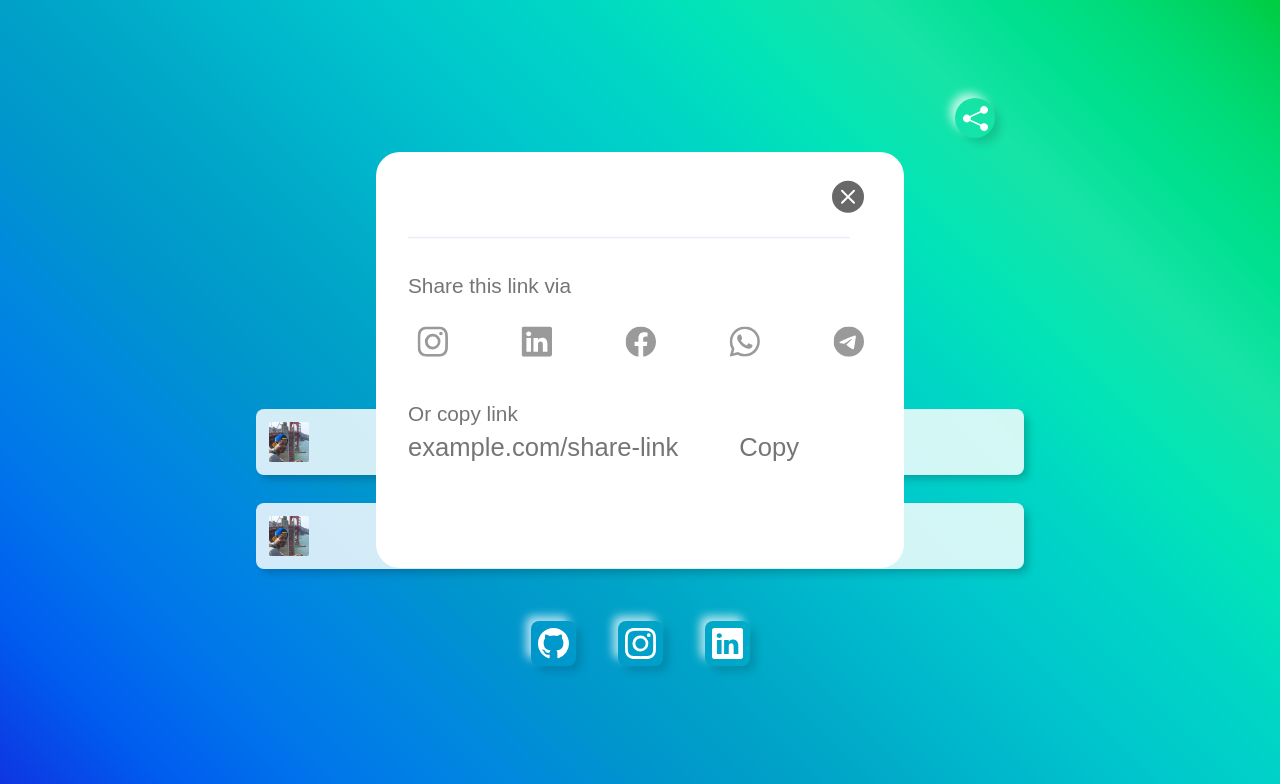
Repository: MateLaDBrouille97/linktree
Page: /
An editor plug-in stored every save of this project. The page is shown before and after the next save, followed by the edit.
The browser window is 1280 px wide. The pictures show the whole page.
The project was rebuilt for these pictures with package versions that can differ from the ones it lists, and the page was loaded fresh each time. The framework's server and built-in components were replaced by stand-ins that run in the browser. Also part of the build but not shown: next.config.js, styles/Home.module.css, styles/scrollup.css.

Above is the page before, as saved 2023-01-24 02:04:39.

### app/layout.tsx
"use client";

import '@/styles/globals.css'
import '../styles/Home.module.css';
import '../styles/scrollup.css';
import '../styles/home.css';
import '../styles/socials.css';
import '../styles/share.css';
import ScrollDow from '../components/ScrollDow';
import ScrollUp from '../components/scrollup/ScrollUp'

export default function RootLayout({
    children,
  }: {
    children: React.ReactNode;
  }) {
    return (
      <html lang="en">
        <body>{children}</body>
        {/* <ScrollDow/> */}
        {/* <ScrollUp/> */}
      </html>
    );
  }

### app/page.tsx
"use client";

import Image from "next/image";
import data from "data.json";
import image from "../public/ManuelTL2.jpg";
import image1 from "../public/ManuelTL2.jpg";
import { useEffect, useState } from "react";
import Socials from "../components/Socials";
import Share from "@/components/Share";

function LinkCard({
  href,
  title,
  image,
}: {
  href: string;
  title: string;
  image?: string;
}) {
  return (
    <a
      href={href}
      className="flex items-center p-3 w-full rounded-lg hover:scale-105 transition-all bg-gray-100 mb-3 -mt-2 max-w-3xl home__linkcard-box"
    >
      <div className="flex text-center w-full home__linkcard-card">
        <div className="w-10 h-10 home__linkcard-img">
          {image1 && (
            <Image
              className="rounded-sm"
              alt={data.name}
              src={image1}
              width={40}
              height={40}
            />
          )}
        </div>
        <h2 className="flex justify-center items-center font-semibold w-full text-gray-700 -ml-10 home__linkcard-title">
          {title}
        </h2>
      </div>
    </a>
  );
}

export default function Home() {
  /*==================== Toggle Menu ====================== */
  const [toggle, showMenu] = useState(false);
  const [activeNav, setActiveNav] = useState("#home");

  /* +++++++++++++++++++++++++++++++++++++++++++++++++ */
  // const { dbUser, image } = useUserContext();

  // const breakpoints = (width) => {
  //   if (width < 640) {
  //     return "xs";
  //   } else if (width >= 640 && width < 768) {
  //     return "sm";
  //   } else if (width >= 768 && width < 1024) {
  //     return "md";
  //   } else if (width >= 1024) {
  //     return "lg";
  //   }
  // };

  // const [breakpoint, setBreakpoint] = useState(() =>
  //   breakpoints(typeof window !== "undefined" && window.innerWidth)
  // );

  useEffect(() => {
    if (toggle) {
      // const calcInnerWidth = function () {
      //   setBreakpoint(breakpoints(window.innerWidth));
      // };
      // window.addEventListener("resize", calcInnerWidth);
      window.addEventListener("scroll", function () {
        const header = this.document.querySelector(".header");
        //scroll higher than 200 viewport height
        //add scroll header class to a tag with the scroll-top
        if (this.scrollY >= 80) header?.classList.add("scroll-header");
        else header?.classList.remove("scroll-header");
      });
    }
  }, []);

  useEffect(() => {
    showMenu(true);
  }, []);

  return (
    <div className="flex items-center flex-col mx-auto w-full justify-center mt-16 px-8 ">
      <Share/>
      <a
        href="#home"
        onClick={() => setActiveNav("#home")}
        // className={
        //   activeNav === "#home" ? "nav__logo active-link" : "nav__logo"
        // }
      >
        <Image
          className="rounded-full"
          alt={data.name}
          src={image}
          width={96}
          height={96}
        />
      </a>

      <h1 className="font-semibold mt-4 mb-8 text-xl" style={{color:"white"}}>{data.name}</h1>
      <h3 className="home__description" style={{color:"white"}}>{data.small_description}</h3>

      <div className="grid place-items-center w-full mt-2">
        {data.links.map((link) => (
          <LinkCard key={link.href} {...link} />
        ))}
      </div>

      <div className="gap-3 items-center flex mt-10">
        {data?.socials?.map((social) => {
         return(

          <Socials title={social?.title} key={social?.href} />
          )
        })}
      </div>
    </div>
  );
}

### styles/globals.css
@tailwind base;
@tailwind components;
@tailwind utilities;

body{
  height:100vh;
  background-image: linear-gradient(
  45deg,
  hsl(229deg 88% 47%) 0%,
  hsl(217deg 100% 47%) 8%,
  hsl(210deg 100% 46%) 16%,
  hsl(204deg 100% 44%) 24%,
  hsl(196deg 100% 40%) 32%,
  hsl(190deg 100% 39%) 41%,
  hsl(186deg 100% 40%) 49%,
  hsl(181deg 100% 40%) 57%,
  hsl(175deg 100% 42%) 65%,
  hsl(168deg 99% 45%) 72%,
  hsl(162deg 82% 49%) 80%,
  hsl(159deg 100% 44%) 86%,
  hsl(153deg 100% 43%) 92%,
  hsl(146deg 100% 41%) 97%,
  hsl(138deg 100% 40%) 100%
);
}

@import  url('https://api.iconify.design/material-symbols/arrow-upward.svg');

/*=============== GOOGLE FONTS ===============*/
@import url("https://fonts.googleapis.com/css2?family=Poppins:wght@400;500;600&display=swap");

/*=================== NEXT.JS ================*/

html,
body {
  padding: 0;
  margin: 0;
  font-family: -apple-system, BlinkMacSystemFont, Segoe UI, Roboto, Oxygen,
    Ubuntu, Cantarell, Fira Sans, Droid Sans, Helvetica Neue, sans-serif;
}

h1 {
  font-size: 1.75rem;
}




/*=============== VARIABLES CSS ===============*/
:root {
  --header-height: 3rem;

  /*========== Colors ==========*/
  /*Color mode HSL(hue, saturation, lightness)*/
  --hue: 0;
  --sat: 0%;
  --title-color: hsl(var(--hue), var(--sat), 20%);
  --title-color-dark: hsl(var(--hue), var(--sat), 0%);
  --text-color: hsl(var(--hue), var(--sat), 46%);
  --body-color: hsl(var(--hue), var(--sat), 98%);
  --container-color: #fff;

  /*========== Font and typography ==========*/
  --body-font: "Poppins", sans-serif;

  /*.5rem = 8px | 1rem = 16px ...*/
  --big-font-size: 3.5rem;
  --h1-font-size: 2.75rem;
  --h2-font-size: 1.5rem;
  --h3-font-size: 1.25rem;
  --normal-font-size: 1rem;
  --small-font-size: 0.875rem;
  --smaller-font-size: 0.813rem;
  --tiny-font-size: 0.625rem;

  /*========== Font weight ==========*/
  --font-normal: 400;
  --font-medium: 500;
  --font-semi-bold: 600;

  /*========== Margenes Bottom ==========*/
  /*.5rem = 8px | 1rem = 16px ...*/
  --mb-0-25: 0.25rem;
  --mb-0-5: 0.5rem;
  --mb-0-75: 0.75rem;
  --mb-1: 1rem;
  --mb-1-5: 1.5rem;
  --mb-2: 2rem;
  --mb-2-5: 2.5rem;
  --mb-3: 3rem;

  /*========== z index ==========*/
  --z-tooltip: 10;
  --z-fixed: 100;
  --z-modal: 1000;
}

/* Responsive typography */
@media screen and (max-width: 992px) {
  :root {
    --big-font-size: 2.75rem;
    --h1-font-size: 1.5rem;
    --h2-font-size: 1.25rem;
    --h3-font-size: 1rem;
    --normal-font-size: 0.938rem;
    --small-font-size: 0.813rem;
    --smaller-font-size: 0.75rem;
  }
}

/*=============== BASE ===============*/
* {
  margin: 0;
  padding: 0;
  box-sizing: border-box;
}

html {
  scroll-behavior: smooth;
}

body,
button,
input,
textarea {
  font-family: var(--body-font);
  font-size: var(--normal-font-size);
}

body {
  background-color: var(--body-color);
  color: var(--text-color);
}

h1,
h2,
h3 {
  color: var(--title-color);
  font-weight: var(--font-semi-bold);
}

ul {
  list-style: none;
}

a {
  text-decoration: none;
}

button {
  cursor: pointer;
  border: none;
  outline: none;
}

img {
  max-width: 100%;
  height: auto;
}

/*=============== REUSABLE CSS CLASSES ===============*/
.section {
  padding: 6rem 0 2rem;
}

.section__title {
  font-size: var(--h1-font-size);
  color: var(--title-color);
}

.section__subtitle {
  display: block;
  font-size: var(--normal-font-size);
  margin-bottom: 4rem;
}

.section__title,
.section__subtitle {
  text-align: center;
}

/*=============== LAYOUT ===============*/
.container {
  max-width: 968px;
  margin-left: auto;
  margin-right: auto;
}

.grid {
  display: grid;
  gap: 1.5rem;
}

/*=============== BUTTONS ===============*/
.button {
  display: inline-block;
  background-color:rgb(100, 189, 140);
  color: var(--container-color);
  padding: 1.25rem 2rem;
  border-radius: 1rem;
  font-weight: var(--font-medium);
}

.button:hover {
  background-color: rgb(81, 209, 138);
  color: var(--container-color);
}

.button__icon {
  margin-left: var(--mb-0-5);
}

.button--flex {
  display: inline-flex;
  align-items: center;

}




/*=============== BREAKPOINTS ===============*/
/* For large devices */
@media screen and (max-width: 992px) {
  .container {
    margin-left: var(--mb-1-5);
    margin-right: var(--mb-1-5);
  }

  .button {
    padding: 1rem 1.75rem;
  }

  .button__icon {
    width: 22px;
    height: 22px;
  }
}

/* For medium devices */
@media screen and (max-width: 768px) {
  body {
    margin: 0 0 var(--header-height) 0;
  }

  .section {
    padding: 2rem 0 4rem;
  }

  .section__subtitle {
    margin-bottom: var(--mb-3);
  }
}

@media screen and (max-width: 576px) {

}

/* For small devices */
@media screen and (max-width: 350px) {
  :root {
    --big-font-size: 2.25rem;
  }

  .container {
    margin-left: var(--mb-1);
    margin-right: var(--mb-1);
  }
}

### styles/home.css
.home__container{
    row-gap: 7rem;
}

.home__content{
    grid-template-columns: 116px repeat(2, 1fr);
    padding-top: 5.5rem;
    column-gap: 2rem;
    align-items: center;
}

.home__social{
    display:grid;
    grid-template-columns: max-content;
    row-gap: 1rem;
}

.home__social-icon{
    font-size:1.25rem;
    color: var(--title-color);
}

.home__social-icon:hover{
    color:rgb(165, 30, 75);
}



.home__social-icon:hover{
    color: var(--title-color-dark);
}

.home__title{
    font-size:var(--h1-font-size);
    margin-bottom:var(--mb-0-25);
}

.home__hand{
    width: 38px;
    height: 38px;
    margin-left: 0.4rem;
}

.home__subtitle{
    position: relative;
    font-size:var(--h3-font-size);
    padding-left: 5.4rem;
    font-weight: var(--font-normal);
    margin-bottom: var(--mb-1);
}

.home__subtitle::before{
    content:'';
    position:absolute;
    width: 70px;
    height:1px;
    background-color:var(--text-color);
    left:0;
    top:1rem;
}

.home__description{
    max-width:400px;
    margin-bottom: var(--mb-3);
    line-height: 1.7;
}

.home__linkcard-box{
    background-color: rgba(255, 255, 255, 0.829);
    border-color: whitesmoke;
    border-width: 3px;
    transition: transform 0.5s;
    box-shadow: 5px 5px 9px -1px rgba(0,0,0,0.2);

    border: 1px solid rgba(0,0,0,0);
    transition: transform 0.5s;
}

.home__linkcard-box:hover{
    box-shadow: 10px 10px 0px -1px rgba(0,0,0,0.15),
                1px 1px 0.5px  rgba(0,0,0,0.15),
                0px -12px 10px -10px  rgba(0,0,0,0.05);
     border: 1px solid   rgba(0,0,0,0.1);
    /* transform:translateY(-2px)  ;    */
}

.home__linkcard-box::after{
    transition: transform 0.5s;
}

.home__linkcard-box:hover::after .home__linkcard-title {
    transition: transform 0.7s;
}

.home__linkcard-box:hover::after .home__linkcard-img {
    transition: transform 0.7s;
}

.home__linkcard-box:hover .home__linkcard-title{
    transform:scale(1.05);
    transition: transform 0.5s;
}

.home__linkcard-box:hover .home__linkcard-img{
    transform:scale(1.15);
    transition: transform 0.5s;
}




.home__img{
/* background: url(../../assets/Mur.jpg); */
background-repeat: no-repeat;
background-position: center;
background-size: cover;
box-shadow: inset 0 0 0 9px rgb(255 255 255/30%);
order: 1;
justify-self: center;
width:375px ;
height: 350px;
animation: profile__animate 8s ease-in-out infinite 1s;
}

@keyframes profile__animate {
    0%{
        border-radius: 60% 40% 30% 70%/60% 30% 70% 40%;
    }

    50%{
        border-radius: 30% 60% 70% 40%/50% 60% 30% 60%;
    }

    100%{
        border-radius: 60% 40% 30% 70%/60% 30% 70% 40%;
    }
}

.home__scroll{
    position:fixed;
    left: 2.5rem;
    bottom: 3rem;
    /* opacity:0.8; */
    padding:0.3rem 0.5rem;
    border-radius:0.4rem;
    z-index: var(--z-tooltip);
    transition: .4s;
}


.wheel {
    animation: scroll 2s ease infinite;
}

@keyframes scroll{
    0% {
        transform: translateY(0);
    }
    30% {
        transform: translateY(3.7rem);
    }

}


.home__scroll-name{
    color: rgba(255, 255, 255, 0.829);
    font-weight: var(--font-medium);
    margin-right: var(--mb-0-25);
    margin-left: 2px;
}

.home__scroll-arrow{
    font-size: 1.25rem;
    color: rgba(255, 255, 255, 0.829);
}


/*=============== BREAKPOINTS ===============*/
/* For large devices */
@media screen and (max-width: 992px) {
    .home__content{
        grid-template-columns: 100px repeat(2, 1fr);
        column-gap: 1.25rem;

    }

    .home__hand{
        width:26px;
        height:26px;
    }

    .home__subtitle{
        padding-left: 3.75rem;
        margin-bottom: var(--mb-1);

    }

    .home__subtitle::before {
        width:42px;
        top:0.8rem;
    }

    .home__description{
        max-width: initial;
        margin-bottom: var(--mb-2-5);
    }

    .home__img{
        width:250px;
        height:250px;
        box-shadow:inset 0 0 0 8px rgb(255 255 255/30%)
    }

    .home__scroll{
        margin-left: 7.5rem;
    }



  }

  /* For medium devices */
  @media screen and (max-width: 768px) {
    .home__content{
        grid-template-columns: 0.5fr 3fr;
        padding-top: 3.5rem;
    }

    .home__img{
        order:initial;/* ordre d'apparition de l'element*/
        justify-self: initial;
        box-shadow: inset 0 0 0 9px rgb(255 255 255/30%);
        width:200px;
        height: 200px;
    }

    .home__data{
        grid-column:1/3;
    }

    .home__scroll{
        display:none;
    }


  }



  /* For small devices */
  @media screen and (max-width: 350px) {


    .home__img{

        width:180px ;
        height: 180px;
    }

    .home__hand{
        width:22px;
        height:22px;
    }


  }

### styles/socials.css
/* .social__link{
    color: var(--container-color);
    font-size: 1.125rem;
    padding: 0.4rem;
    border-radius:1.5rem;
    display: inline-flex;
} */
/*
.social__link:hover{
    background-color:rgba(44, 203, 224, 0.986);
} */

.social__link{
    display:flex;
    /* background-color: var(--container-color); */
    color: var(--container-color);
    height: 45px;
    width: 45px;
    margin: 0 15px;
    border-radius: 8px;
    align-items: center;
    justify-content:center;
    text-decoration: none;
    box-shadow: 6px 6px 10px -1px rgba(0,0,0,0.15),
                -6px -6px 10px -1px rgba(255,255,255,0.7);
    border: 1px solid   rgba(0,0,0,0);
    transition: transform 0.5s;
}

a svg {
    font-size: 38px;
    color: white;
    transition: transform 0.5s;
}


.social__link:hover{
    background-color: rgba(255, 255, 255, 0.829);
    box-shadow: inset 4px 4px 6px -1px rgba(0,0,0,0.2),
                inset -4px -4px 6px -1px rgba(255,255,255,0.7),
                -0.5px -0.5px 0px  rgba(255,255,255,1),
                0.5px 0.5px 0px  rgba(0,0,0,0.15),
                0px -12px 10px -10px  rgba(0,0,0,0.05);
    border: 1px solid   rgba(0,0,0,0.1);
    transform:translateY(2px)  ;
}


a:hover svg{
    transform: scale(1.10);
    fill: black;
    transition: transform 0.5s;
}

a:hover .bi-linkedin{
    fill:rgb(18, 83, 203) ;
    transform:scale(1.10);
    transition: transform 0.5s;
}

a:hover .bi-instagram{
    fill:#e64771;
    transform:scale(1.10);
    transition: transform 0.5s;
}

a:hover .bi-facebook{
    fill:#1b12d3;
    transform:scale(1.10);
    transition: transform 0.5s;
}

a:hover .bi-whatsapp{
    fill:#47e671;
    transform:scale(1.10);
    transition: transform 0.5s;
}


a:hover .bi-telegram{
    fill:#61cbe8;
    transform:scale(1.10);
    transition: transform 0.5s;
}


/*=============== BREAKPOINTS ===============*/
/* For large devices */
@media screen and (max-width: 992px) {


    .social__link:hover{

        box-shadow: inset 4px 4px 6px -1px rgba(0,0,0,0.2),
                    inset -4px -4px 6px -1px rgba(255,255,255,0.7),
                    -0.5px -0.5px 0px  rgba(255,255,255,1),
                    0.5px 0.5px 0px  rgba(0,0,0,0.15),
                    0px -12px 10px -10px  rgba(0,0,0,0.05);
        border: 1px solid   rgba(0,0,0,0.1);
        transform:translateY(2px)  ;
    }




  }

  /* For medium devices */
  @media screen and (max-width: 768px) {




  }



  /* For small devices */
  @media screen and (max-width: 350px) {





  }

### styles/share.css
/*          Share   Items  */

.share-link {
  display: flex;
  color: var(--container-color);
  height: 45px;
  width: 45px;
  margin: 0 15px;
  border-radius: 22px;
  align-items: center;
  justify-content: center;
  text-decoration: none;
  box-shadow: 6px 6px 10px -1px rgba(0, 0, 0, 0.15),
    -6px -6px 10px -1px rgba(255, 255, 255, 0.7);
  border: 1px solid rgba(0, 0, 0, 0);
  transition: transform 0.5s;
}

.share-link:hover {
  background-color: rgba(255, 255, 255, 0.829);
  box-shadow: inset 4px 4px 6px -1px rgba(0, 0, 0, 0.2),
    inset -4px -4px 6px -1px rgba(255, 255, 255, 0.7),
    -0.5px -0.5px 0px rgba(255, 255, 255, 1),
    0.5px 0.5px 0px rgba(0, 0, 0, 0.15),
    0px -12px 10px -10px rgba(0, 0, 0, 0.05);
  border: 1px solid rgba(0, 0, 0, 0.1);
  transform: translateY(2px);
}

/* .share-link .bi-share-fill{
    fill: white;
} */

.share-link:hover .bi-share-fill {
  fill: black;
  transform: scale(1.1);
  transition: transform 0.5s;
}

header {
  width: 95%;
  max-width: 788px;
  display: flex;
  justify-content: flex-end;
  padding: 12px;
  margin-top: 5px;
}

.share-button {
  width: 40px;
  height: 40px;
  border-radius: 20px;
  color: var(--container-color);
}

.share {
  width: 95%;
  max-width: 788px;
  display: flex;
  justify-content: flex-end;
  padding: 12px;
  margin-top: 5px;
  z-index: 10;
}

.modal-share {
  position: absolute;
  height: 260px;
  width: 330px;
  top: 50%;
  left: 50%;
  transform: translate(-50%, -50%) scale(1.6);
  background: var(--container-color);
  padding: 20px;
  border-radius: 15px;
  max-width: 330px;
  width: 60%;
}

.modal-share :is(header) {
  display: flex;
  align-items: center;

}

.modal-share :is( .icons) {
    display: flex;
    align-items: center;
    justify-content: space-between;
  }


.modal-share header {
  padding-bottom: 15px;
  border-bottom: 1px solid #ebedf9;
}

header .close .icons a {
  display: flex;
  align-items: center;
  justify-content: center;
  border-radius: 50%;
}

header .close {
  height: 33px;
  width: 33px;
  background: var(--container-color);
  cursor: pointer;
}

/* .modal-title {
  font-size: 19px;
  font-weight: 500;
} */

.modal-share .content {
  margin: 20px 0;
}

.content p {
  font-size: 13px;
}

.content .icons {
  margin: 10px 0 20px 0;
}

.close{
    display: flex;
    justify-content: flex-end;
}

.close .bi-x{
  border-radius: 15px;
  background-color:#696868;
  margin-right: -21px;
  margin-top: -19px;

}

.icons a {
  height: 30px;
  width: 30px;
  border: 0.5px solid transparent;
  text-decoration: none;
  display: flex;
  justify-content: center;
  align-items: center;
}

.icons svg {
    fill: #40404086
}


.icons a:hover{
    color:#fff;
    border-color: transparent;

}

.icons a i{
    transition:all 0.3s ease-in-out;
}

.icons a:hover i{
    transform:scale(1.2);
}

### components/Socials.tsx
function GitHubIcon() {
  return (
    <a href="https://github.com/LuckyMate97" className="social__link">
      <svg xmlns="http://www.w3.org/2000/svg" width="31" height="31" fill="white" className="bi bi-github" viewBox="0 0 16 16"> <path d="M8 0C3.58 0 0 3.58 0 8c0 3.54 2.29 6.53 5.47 7.59.4.07.55-.17.55-.38 0-.19-.01-.82-.01-1.49-2.01.37-2.53-.49-2.69-.94-.09-.23-.48-.94-.82-1.13-.28-.15-.68-.52-.01-.53.63-.01 1.08.58 1.23.82.72 1.21 1.87.87 2.33.66.07-.52.28-.87.51-1.07-1.78-.2-3.64-.89-3.64-3.95 0-.87.31-1.59.82-2.15-.08-.2-.36-1.02.08-2.12 0 0 .67-.21 2.2.82.64-.18 1.32-.27 2-.27.68 0 1.36.09 2 .27 1.53-1.04 2.2-.82 2.2-.82.44 1.1.16 1.92.08 2.12.51.56.82 1.27.82 2.15 0 3.07-1.87 3.75-3.65 3.95.29.25.54.73.54 1.48 0 1.07-.01 1.93-.01 2.2 0 .21.15.46.55.38A8.012 8.012 0 0 0 16 8c0-4.42-3.58-8-8-8z"/> </svg>
    </a>
  );
}

function InstagramIcon() {
  return (
    <a href="https://www.instagram.com/oto.mata33/" className="social__link">
      <svg xmlns="http://www.w3.org/2000/svg" width="31" height="31" fill="white" className="bi bi-instagram" viewBox="0 0 16 16"> <path d="M8 0C5.829 0 5.556.01 4.703.048 3.85.088 3.269.222 2.76.42a3.917 3.917 0 0 0-1.417.923A3.927 3.927 0 0 0 .42 2.76C.222 3.268.087 3.85.048 4.7.01 5.555 0 5.827 0 8.001c0 2.172.01 2.444.048 3.297.04.852.174 1.433.372 1.942.205.526.478.972.923 1.417.444.445.89.719 1.416.923.51.198 1.09.333 1.942.372C5.555 15.99 5.827 16 8 16s2.444-.01 3.298-.048c.851-.04 1.434-.174 1.943-.372a3.916 3.916 0 0 0 1.416-.923c.445-.445.718-.891.923-1.417.197-.509.332-1.09.372-1.942C15.99 10.445 16 10.173 16 8s-.01-2.445-.048-3.299c-.04-.851-.175-1.433-.372-1.941a3.926 3.926 0 0 0-.923-1.417A3.911 3.911 0 0 0 13.24.42c-.51-.198-1.092-.333-1.943-.372C10.443.01 10.172 0 7.998 0h.003zm-.717 1.442h.718c2.136 0 2.389.007 3.232.046.78.035 1.204.166 1.486.275.373.145.64.319.92.599.28.28.453.546.598.92.11.281.24.705.275 1.485.039.843.047 1.096.047 3.231s-.008 2.389-.047 3.232c-.035.78-.166 1.203-.275 1.485a2.47 2.47 0 0 1-.599.919c-.28.28-.546.453-.92.598-.28.11-.704.24-1.485.276-.843.038-1.096.047-3.232.047s-2.39-.009-3.233-.047c-.78-.036-1.203-.166-1.485-.276a2.478 2.478 0 0 1-.92-.598 2.48 2.48 0 0 1-.6-.92c-.109-.281-.24-.705-.275-1.485-.038-.843-.046-1.096-.046-3.233 0-2.136.008-2.388.046-3.231.036-.78.166-1.204.276-1.486.145-.373.319-.64.599-.92.28-.28.546-.453.92-.598.282-.11.705-.24 1.485-.276.738-.034 1.024-.044 2.515-.045v.002zm4.988 1.328a.96.96 0 1 0 0 1.92.96.96 0 0 0 0-1.92zm-4.27 1.122a4.109 4.109 0 1 0 0 8.217 4.109 4.109 0 0 0 0-8.217zm0 1.441a2.667 2.667 0 1 1 0 5.334 2.667 2.667 0 0 1 0-5.334z"/> </svg>
    </a>
  );
}

function LinkedInIcon() {
  return (
    <a href="https://ca.linkedin.com/" className="social__link">
      <svg xmlns="http://www.w3.org/2000/svg" width="31" height="31" fill="white" className="bi bi-linkedin" viewBox="0 0 16 16"> <path d="M0 1.146C0 .513.526 0 1.175 0h13.65C15.474 0 16 .513 16 1.146v13.708c0 .633-.526 1.146-1.175 1.146H1.175C.526 16 0 15.487 0 14.854V1.146zm4.943 12.248V6.169H2.542v7.225h2.401zm-1.2-8.212c.837 0 1.358-.554 1.358-1.248-.015-.709-.52-1.248-1.342-1.248-.822 0-1.359.54-1.359 1.248 0 .694.521 1.248 1.327 1.248h.016zm4.908 8.212V9.359c0-.216.016-.432.08-.586.173-.431.568-.878 1.232-.878.869 0 1.216.662 1.216 1.634v3.865h2.401V9.25c0-2.22-1.184-3.252-2.764-3.252-1.274 0-1.845.7-2.165 1.193v.025h-.016a5.54 5.54 0 0 1 .016-.025V6.169h-2.4c.03.678 0 7.225 0 7.225h2.4z"/> </svg>
    </a>
  );
}

function Socials({ title }:{title?:string;}) {
  if (title == "Instagram") {
    return <InstagramIcon  />;
  }
  if (title == "Github") {
    return <GitHubIcon  />;
  }
  if (title == "LinkedIn") {
    return <LinkedInIcon  />;
  }
}

export default Socials;

Loaded but not shown: data.json (35 lines, source omitted); tailwind.config.js (13 lines, source omitted); components/Share.tsx (115 lines, source omitted)

After the next save:
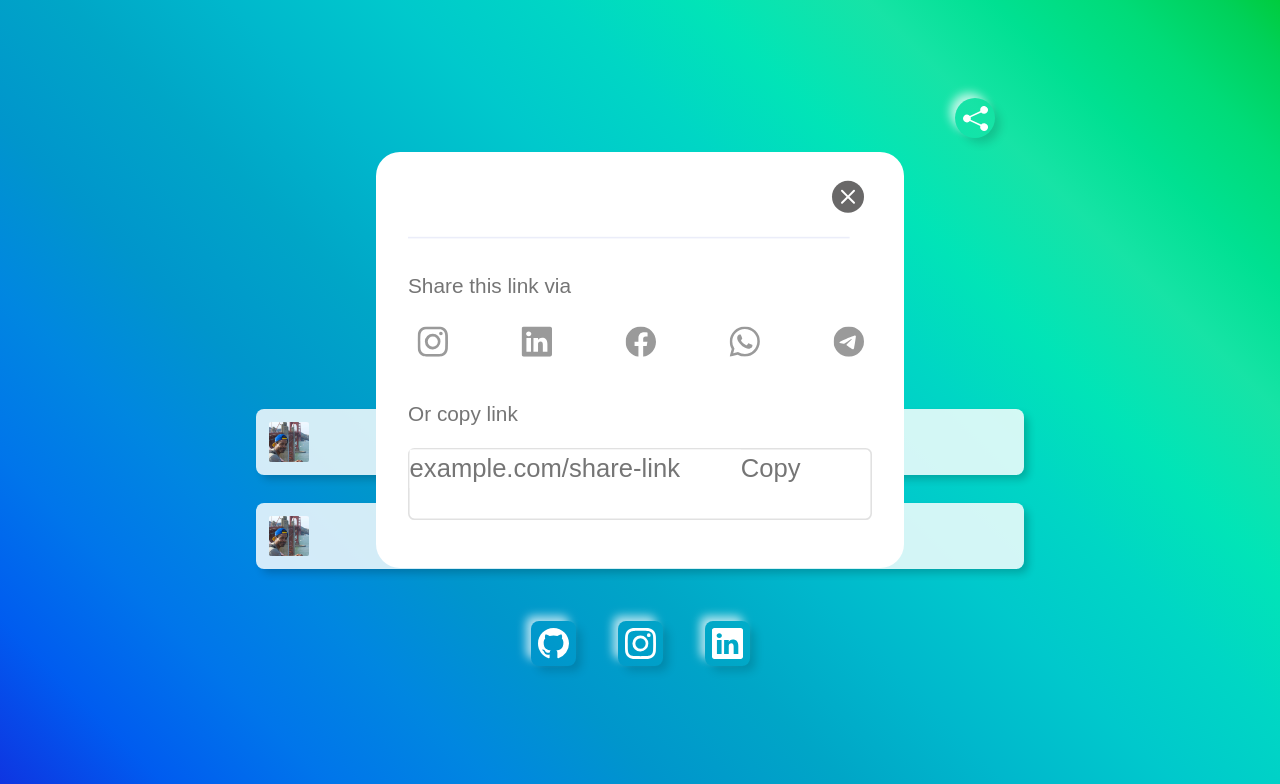
Saved 3 min 21 s later.
--- a/styles/share.css
+++ b/styles/share.css
@@ -167,3 +167,10 @@ header .close {
 .icons a:hover i{
     transform:scale(1.2);
 }
+
+.content .field{
+    margin:12px 0 -5px 0;
+    height:45px;
+    border: 1px solid #e1e1e1;
+    border-radius: 4px;
+}
